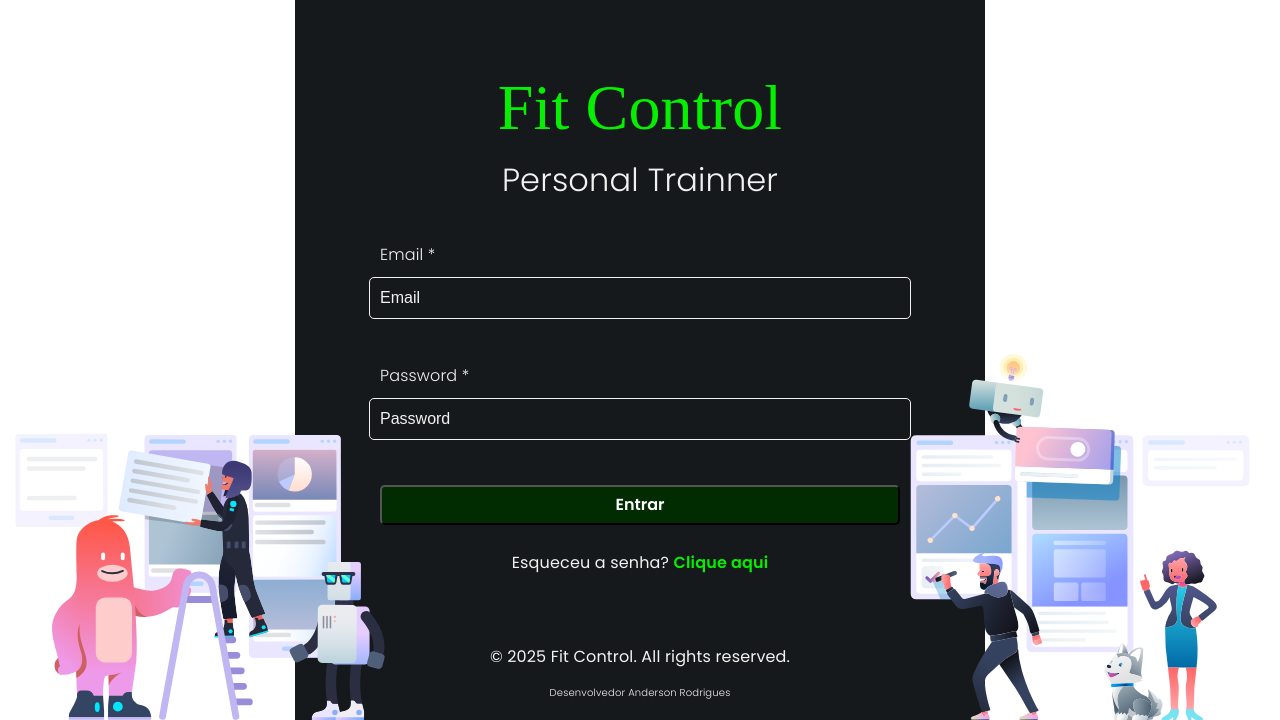
Repository: fit-control/frontend-fit-control
Page: /
The author's editor kept a copy of each file at every save. The page is drawn from the files as they stood at one save, then again after the next save.
The browser window is 1280 px wide. The pictures show the whole page.
Some web fonts or font styles are not loaded; a fallback is used. The project was rebuilt for these pictures with package versions that can differ from the ones it lists, and the page was loaded fresh each time. The framework's server and built-in components were replaced by stand-ins that run in the browser. Also part of the build but not shown: next.config.js, vite.config.ts.

Above is the page before, as saved 2025-01-18 22:55:30.

### src/app/layout.tsx
/* eslint-disable @next/next/no-img-element */
import "./globals.css";
import Home from "./page";
export default function RootLayout({
  // children,
}: Readonly<{
  children: React.ReactNode;
}>) {
  return (
    <html lang="en">
      <body>
          <Home />
      </body>
    </html>
  );
}

### src/app/page.tsx
import ContainerCenterLogin from "./components/containerCenterLogin";

export default function Home() {
  return (
    <div className="items-center justify-items-center min-h-screen flex">
      <ContainerCenterLogin />
    </div>
  );
}

### src/app/globals.css
@import url('https://fonts.googleapis.com/css2?family=Alike+Angular&family=Platypi:ital,wght@0,300..800;1,300..800&family=Poppins:ital,wght@0,100;0,200;0,300;0,400;0,500;0,600;0,700;0,800;0,900;1,100;1,200;1,300;1,400;1,500;1,600;1,700;1,800;1,900&display=swap');
@import url('https://fonts.googleapis.com/css2?family=Aguafina+Script&family=Alike+Angular&family=Platypi:ital,wght@0,300..800;1,300..800&family=Poppins:ital,wght@0,100;0,200;0,300;0,400;0,500;0,600;0,700;0,800;0,900;1,100;1,200;1,300;1,400;1,500;1,600;1,700;1,800;1,900&display=swap');
/* @tailwind base;
@tailwind components;
@tailwind utilities; */

/* :root {
  --background: #ffffff;
  --foreground: #171717;
}

@media (prefers-color-scheme: light) {
  :root {
    --background: #0a0a0a;
    --foreground: #ededed;
  }
} */

body {
  padding: 0;
  margin: 0;
  font-family: Poppins, sans-serif;
  font-size: 16px;
  line-height: 1.5;
  font-weight: 400;
  letter-spacing: 0.01em;
  display: flex;
  justify-content: center;
  align-items: center;

  .iconPageLeft {
    position: absolute;
    left: 0;
    bottom: 0;
    max-width: 400px;
    max-height: 400px;

    @media (max-width: 1263px) {
      max-width: 300px;
      max-height: 300px;
    }
    @media (max-width: 1080px) {
      max-width: 200px;
      max-height: 200px;
    }
    @media (max-width: 900px) {
      display: none;
    }
  }
  .iconPageRight {
    position: absolute;
    right: 0;
    bottom: 0;
    max-width: 400px;
    max-height: 400px;

    @media (max-width: 1263px) {
      max-width: 300px;
      max-height: 300px;
    }

    @media (max-width: 1080px) {
      max-width: 200px;
      max-height: 200px;
    }
    @media (max-width: 900px) {
      display: none;
    }
  }

  .containerLogin {
    min-width: 650px;
    min-height: calc(100vh - 40px);
    display: flex;
    flex-direction: column;
    justify-content: space-between;
    padding: 20px;
    align-items: center;
    background-color: #16191B;

    .divTitle {
      margin-top: 40px;
      display: flex;
      flex-direction: column;
      align-items: center;
      justify-content: center;

      h1 {
        margin: 0;
        color: #04F000;
        font-family: 'Aguafina Script', cursive;
        font-size: 4rem;
        font-weight: 400;
      }
      h3 {
        margin: 0;
        color: #F2F2F2;
        font-family: 'Poppins', sans-serif;
        font-size: 2rem;
        font-weight: 300;
      }
    }
    p {
      color: #F2F2F2;
    }
    footer {
      display: flex;
      flex-direction: column;
      align-items: center;
      justify-content: center;

      .assignDeveloper {
        margin: 0%;
        color: #F2F2F2;
        font-size: 10px;
        font-weight: 300;
      }
    }

    @media (max-width: 900px) {
      max-width: 100vw;
    }
    .centerCard {
      display: flex;
      flex-direction: column;
      align-items: center;
      justify-content: center;
      gap: 10px;
      width: -webkit-fill-available;

      input {
        width: 80%;
        height: 40px;
        border: 1px solid #F2F2F2;
        border-radius: 5px;
        padding: 0 10px;
        background-color: #16191B;
        color: #F2F2F2;
        font-size: 16px;
        font-weight: 300;
        outline: none;
        margin-bottom: 35px;
        transition: all 0.3s ease;
        &::placeholder {
          color: #F2F2F2;
          font-size: 16px;
          font-weight: 300;
        }
        &:focus {
          border-color: #04F000;
        }
      }
      label {
        color: #F2F2F2;
        font-size: 16px;
        font-weight: 300;
        display: flex;
        justify-content: flex-start;
        width: 80%;
      }
      button {
        width: 80%;
        height: 40px;
        border-radius: 5px;
        padding: 0 10px;
        background-color: #012B00;
        color: #FFFFFF;
        font-family: 'Poppins', sans-serif;
        font-size: 16px;
        font-weight: 600;
        outline: none;
        transition: all 0.3s ease;
      }
      button:hover {
        background-color: #F2F2F2;
        color: #16191B;
        cursor: pointer;
      }
      button:active {
        background-color: #04F000;
        color: #16191B;
        cursor: pointer;
        opacity: 0.5;
      }
      button:disabled {
        background-color: #F2F2F2;
        color: #16191B;
        cursor: not-allowed;
        opacity: 0.5;
      }
      button:focus {
        outline: none;
      }
      button:focus-visible {
        outline: 1px solid #F2F2F2;
      }
      .registerLink {
        color: #04F000;
        text-decoration: none;
        font-weight: 600;
      }

    }
  }
}

### src/app/components/containerCenterLogin.tsx
/* eslint-disable react/no-unescaped-entities */
/* eslint-disable @next/next/no-img-element */
const ContainerCenterLogin = () => {
  return (
    <div><img src="/trello-right.e6e102c7 (1).svg" alt="iconPageLeft" className="iconPageLeft" />
        <main className="containerLogin">
        <div className="divTitle">
          <h1 className="title">Fit Control</h1>
          <h3 className="subtitle">Personal Trainner</h3>
        </div>
        <div className="centerCard">
          <label htmlFor="email">Email *</label>
          <input type="text" placeholder="Email" />
          <label htmlFor="password">Password *</label>
          <input type="password" placeholder="Password" />
          <button>Entrar</button>
          <p className="forgotPassword">Esqueceu a senha? <a href="/register" className="registerLink">Clique aqui</a></p>
        </div>
        <footer className="">
          <p className="">
            &copy; {new Date().getFullYear()} Fit Control. All rights reserved.
          </p>
          <p className="assignDeveloper">Desenvolvedor Anderson Rodrigues</p>
        </footer>
      </main>
      <img src="/trello-left.4f52d13c (1).svg" alt="iconPageRight" className="iconPageRight" />
    </div>
  );
};

export default ContainerCenterLogin;

Loaded but not shown: tailwind.config.js (common file)

After the next save:
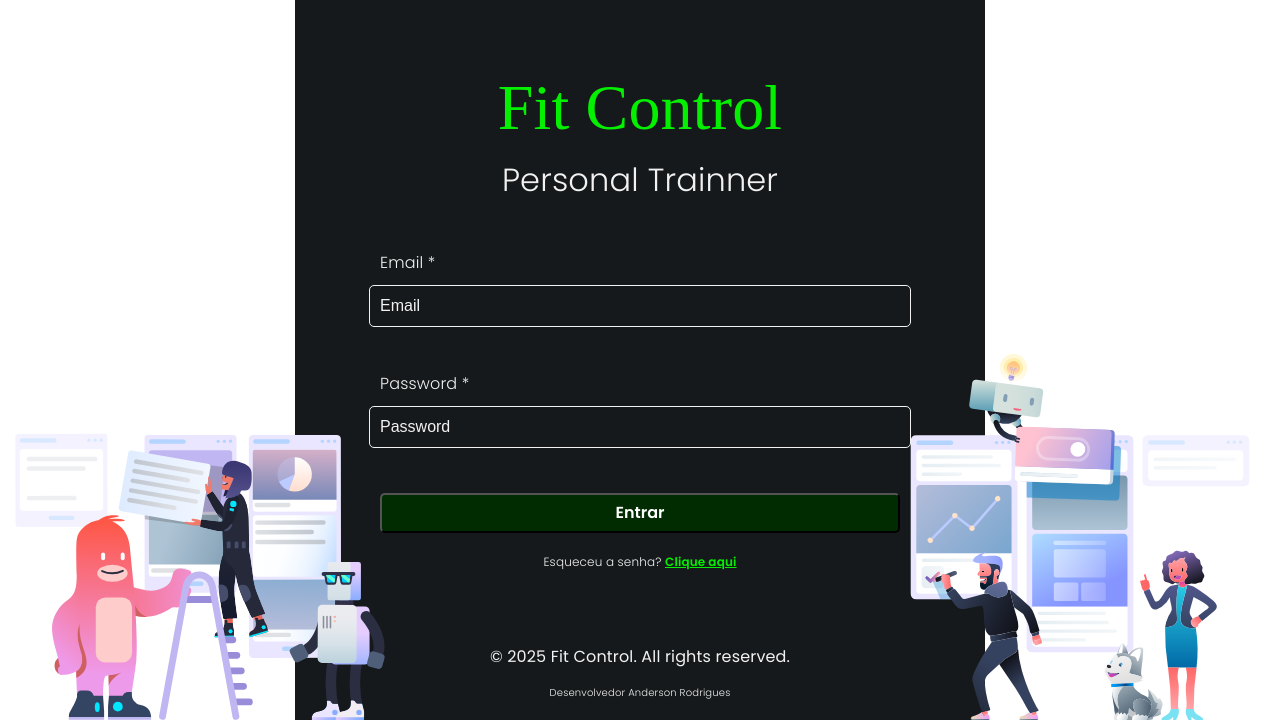
Saved 30 s later.
--- a/src/app/globals.css
+++ b/src/app/globals.css
@@ -196,9 +196,13 @@
       }
       .registerLink {
         color: #04F000;
-        text-decoration: none;
         font-weight: 600;
       }
+      .forgotPassword {
+        margin-top: 10px;
+        font-size: 12px;
+        font-weight: 300;
+      }
 
     }
   }

After the 3 saves that followed:
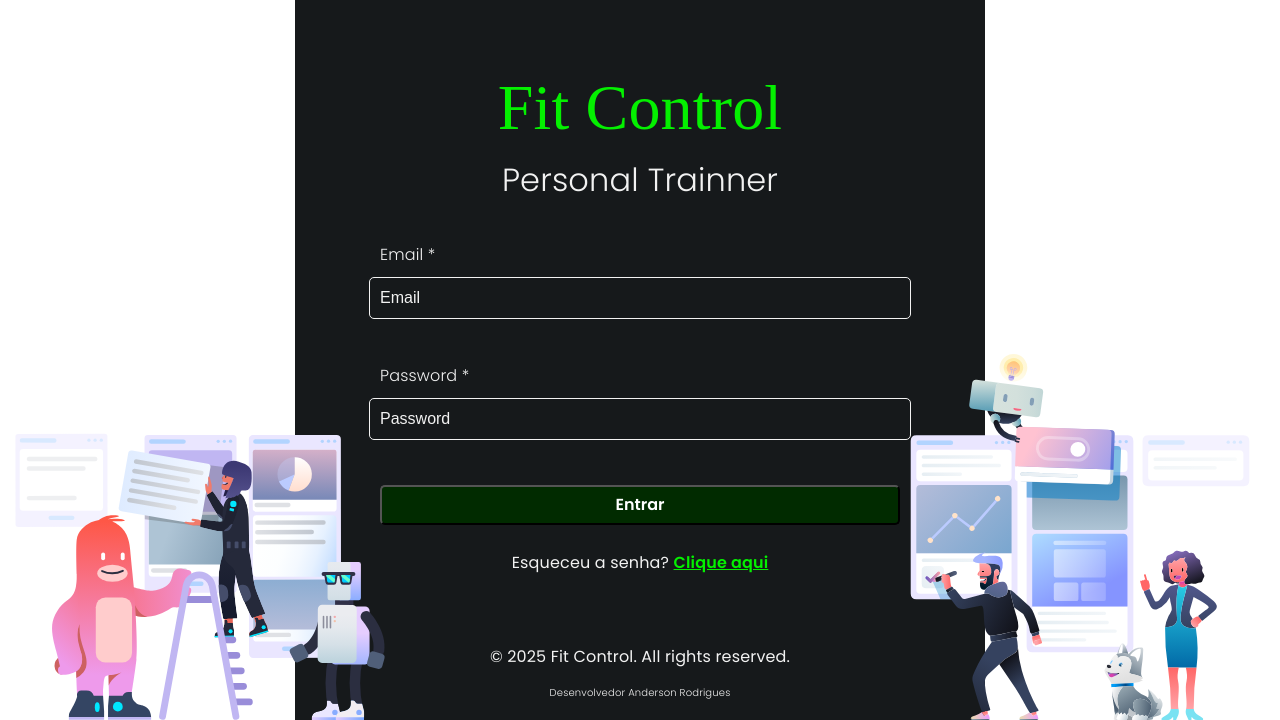
The 3 saves are shown as one change because 2 left the picture as it was.
The last was saved 116 s later.
--- a/src/app/globals.css
+++ b/src/app/globals.css
@@ -198,11 +198,11 @@
         color: #04F000;
         font-weight: 600;
       }
-      .forgotPassword {
+      /* .forgotPassword {
         margin-top: 10px;
         font-size: 12px;
         font-weight: 300;
-      }
+      } */
 
     }
   }
